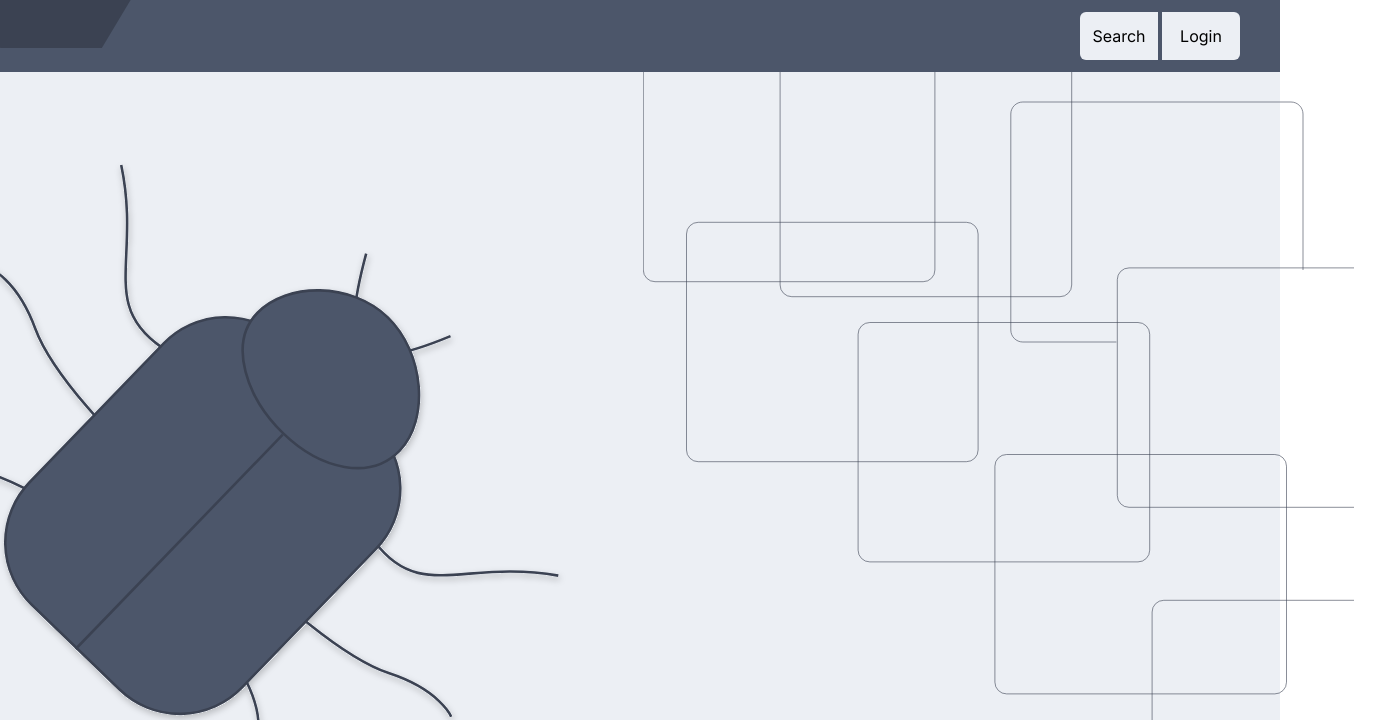
Repository: Qu4ntumGuy/project-bug
Page: /
The author's editor kept a copy of each file at every save. The page is drawn from the files as they stood at one save, then again after the next save.
The browser window is 1280 px wide. The page is 1354 px wide, then 1394 px, then 1354 px, so the pictures cover 1394 px, including what lies to the right of the window. The pictures show the whole page.
The project was rebuilt for these pictures with package versions that can differ from the ones it lists, and the page was loaded fresh each time. The framework's server and built-in components were replaced by stand-ins that run in the browser. Also part of the build but not shown: next.config.mjs.

Above is the page before, as saved 2024-02-11 23:31:49.

### src/app/layout.js
import { Inter } from "next/font/google";
import "./globals.css";

const inter = Inter({ subsets: ["latin"] });

export default function RootLayout({ children }) {
  return (
    <html lang="en">
      <head>
        <title>Project-bug</title>
        <meta name="description" content="Description goes here." />
        <link rel="preconnect" href="https://fonts.googleapis.com" />
        <link rel="preconnect" href="https://fonts.gstatic.com" crossorigin />
        <link
          href="https://fonts.googleapis.com/css2?family=Fira+Code:wght@300;400;500;600&display=swap"
          rel="stylesheet"
        />
      </head>
      <body className={inter.className}>{children}</body>
    </html>
  );
}

### src/app/page.js
import Navbar from "@/components/Navbar";
import Image from "next/image";
import bug from "../../public/Bug.svg";
import bgdesign from "../../public/bgDesign.svg";
import bgmain from "../../public/bg-main.svg";

export default function Home() {
  const bgimg = "/Bug.svg";
  return (
    <div className="h-screen bg-[#ECEFF4] ">
      <Navbar />
      <div className="flex justify-between h-[90%]">
        <Image className=" -inset-1 -z-0" src={bug} alt="bug" />
        <Image className=" top-1" src={bgdesign} alt="bgdesign" />
        {/* <div className="">
          <Image src={bug} alt="bug" />
        </div>
        <div className="">
          <Image src={bgdesign} alt="bgdesign" />
        </div> */}
      </div>
    </div>
  );
}

### src/app/globals.css
@tailwind base;
@tailwind components;
@tailwind utilities;

/* :root {
  --foreground-rgb: 0, 0, 0;
  --background-start-rgb: 214, 219, 220;
  --background-end-rgb: 255, 255, 255;
} */

/* @media (prefers-color-scheme: dark) {
  :root {
    --foreground-rgb: 255, 255, 255;
    --background-start-rgb: 0, 0, 0;
    --background-end-rgb: 0, 0, 0;
  }
} */

body {
  color: rgb(var(--foreground-rgb));
  background: rgba(255, 255, 255, 1);
  font-family: 'Fira Code', monospace;
}

@font-face {
  font-family: "Fira Code";
  src: url("../../public/font/FiraCode-VariableFont_wght.ttf")
    format("truetype");
}


/* @layer utilities {
  .text-balance {
    text-wrap: balance;
  }
} */

### src/components/Navbar.js
import Image from "next/image";
import reactangle from "../../public/Rectangle 5.svg";

export default function Navbar() {
  return (
    <nav className="h-[10%] w-full bg-[#4C566A] flex justify-end">
      <div className="absolute flex -left-1 -top-1">
        <Image
          src={reactangle}
          alt="reactangle"
          height={52}
          className=" rounded-md"
        />
      </div>
      <div className="flex m-3 w-40 mr-10 justify-between">
        <div className="flex bg-[#ECEFF4] w-full mr-1 rounded-l-md items-center justify-center align-middle">
          <button>Search</button>
        </div>
        <div className="flex bg-[#ECEFF4] w-full rounded-r-md items-center justify-center align-middle">
          <button>Login</button>
        </div>
      </div>
    </nav>
  );
}

Loaded but not shown: tailwind.config.js (common file)

After the next save:
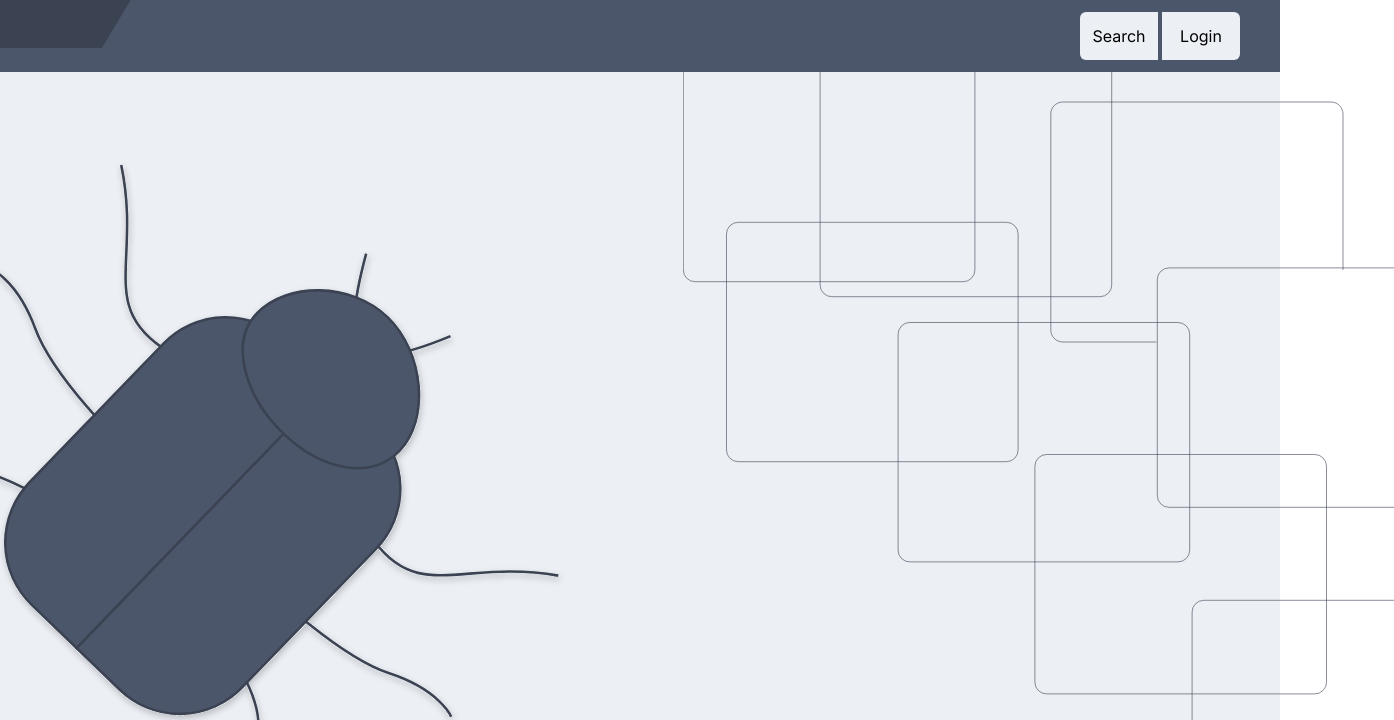
Saved 9 s later.
--- a/src/app/page.js
+++ b/src/app/page.js
@@ -11,7 +11,7 @@
       <Navbar />
       <div className="flex justify-between h-[90%]">
         <Image className=" -inset-1 -z-0" src={bug} alt="bug" />
-        <Image className=" top-1" src={bgdesign} alt="bgdesign" />
+        <Image className=" top-1 ml-10" src={bgdesign} alt="bgdesign" />
         {/* <div className="">
           <Image src={bug} alt="bug" />
         </div>

After the save that followed:
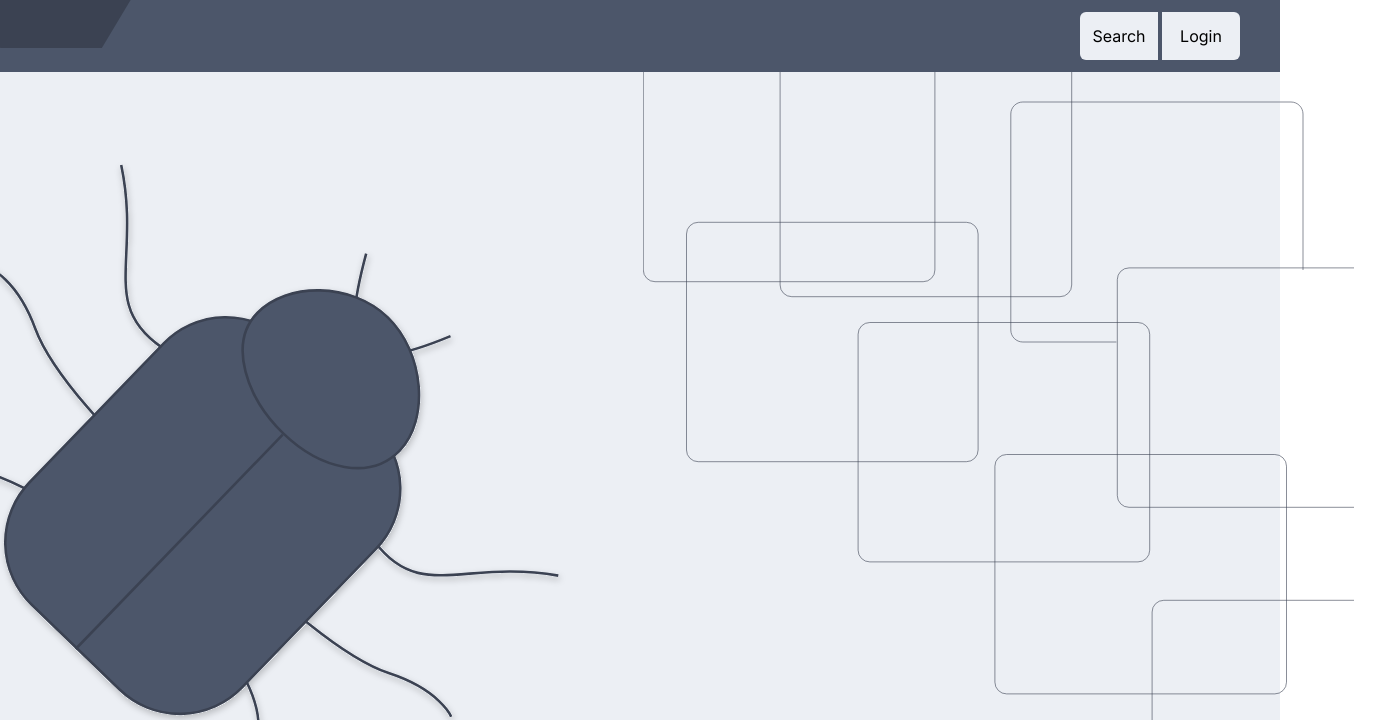
Saved 9 s later.
--- a/src/app/page.js
+++ b/src/app/page.js
@@ -11,7 +11,7 @@
       <Navbar />
       <div className="flex justify-between h-[90%]">
         <Image className=" -inset-1 -z-0" src={bug} alt="bug" />
-        <Image className=" top-1 ml-10" src={bgdesign} alt="bgdesign" />
+        <Image className=" top-1 " src={bgdesign} alt="bgdesign" />
         {/* <div className="">
           <Image src={bug} alt="bug" />
         </div>
